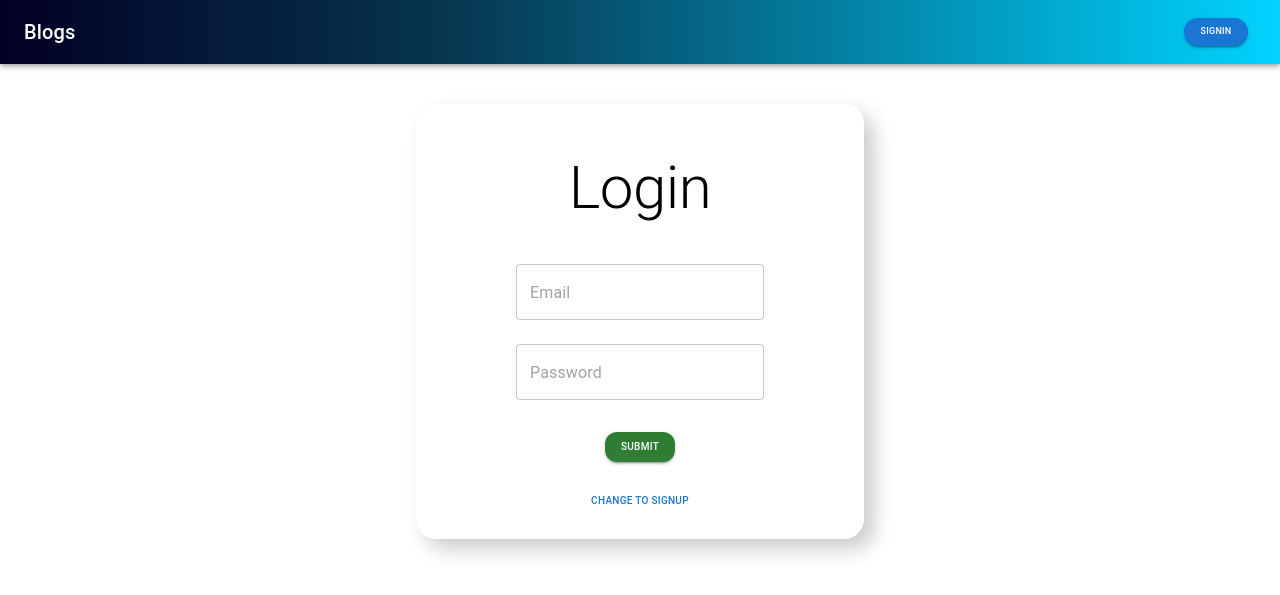
Repository: LolaSL/myBlogs
Page: /auth (app in frontend/)
An editor plug-in stored every save of this project. The page is shown before and after the next save, followed by the edit.
The browser window is 1280 px wide. The pictures show the whole page.
The project was rebuilt for these pictures with package versions that can differ from the ones it lists, and the page was loaded fresh each time. Also part of the build but not shown: frontend/src/components/Blog.jsx, frontend/src/components/Blogs.jsx, frontend/src/components/UserBlog.jsx, frontend/src/components/BlogDetails.jsx, frontend/src/components/AddBlog.jsx, frontend/src/pages/HotelTips.jsx, frontend/src/pages/TouristTips.jsx, frontend/src/pages/Journey.jsx and 7 more. Imported but missing from the stored project, and not drawn on this page: frontend/src/components/videos/video.webm.

Above is the page before, as saved 2024-04-11 15:30:03.

### frontend/public/index.html
<!DOCTYPE html>
<html lang="en">
  <head>
    <meta charset="utf-8" />
    <link rel="icon" href="%PUBLIC_URL%/favicon.ico" />
    <meta name="viewport" content="width=device-width, initial-scale=1" />
    <meta name="theme-color" content="#000000" />
    <meta
      name="description"
      content="Web site created using create-react-app"
    />
    <link rel="apple-touch-icon" href="%PUBLIC_URL%/logo192.png" />
    <!--
      manifest.json provides metadata used when your web app is installed on a
      user's mobile device or desktop. See https://developers.google.com/web/fundamentals/web-app-manifest/
    -->
    <link rel="manifest" href="%PUBLIC_URL%/manifest.json" />
    <!--
      Notice the use of %PUBLIC_URL% in the tags above.
      It will be replaced with the URL of the `public` folder during the build.
      Only files inside the `public` folder can be referenced from the HTML.

      Unlike "/favicon.ico" or "favicon.ico", "%PUBLIC_URL%/favicon.ico" will
      work correctly both with client-side routing and a non-root public URL.
      Learn how to configure a non-root public URL by running `npm run build`.
    -->
    <link href="https://fonts.googleapis.com/css2?family=Montserrat&display=swap" rel="stylesheet">
    <title>React App</title>
  </head>
  <body>
    <noscript>You need to enable JavaScript to run this app.</noscript>
    <div id="root"></div>
    <!--
      This HTML file is a template.
      If you open it directly in the browser, you will see an empty page.

      You can add webfonts, meta tags, or analytics to this file.
      The build step will place the bundled scripts into the <body> tag.

      To begin the development, run `npm start` or `yarn start`.
      To create a production bundle, use `npm run build` or `yarn build`.
    -->
  </body>
</html>

### frontend/src/index.js
import React from 'react';
import ReactDOM from 'react-dom/client';
import './index.css';
import App from './App';
import reportWebVitals from './reportWebVitals';
import { BrowserRouter } from 'react-router-dom';
import { Provider } from 'react-redux';
import { store } from './store'
import 'react-toastify/dist/ReactToastify.css'



const root = ReactDOM.createRoot(document.getElementById('root'));
root.render(
  <React.StrictMode>
    <BrowserRouter>
      <Provider store={store}>
        <App />
      </Provider>
      </BrowserRouter>
  </React.StrictMode>
);

// If you want to start measuring performance in your app, pass a function
// to log results (for example: reportWebVitals(console.log))
// or send to an analytics endpoint. Learn more: https://bit.ly/CRA-vitals
reportWebVitals();

### frontend/src/index.css

* {
  margin: 0;
}
.pagination {
  display: flex;
  justify-content: center;
  list-style: none;
  padding: 0;
  margin: 10px;
}

.page-item {
  margin: 0 5px;
}

.page-link {
  display: inline-block;
  padding: 5px 10px;
  background-color: #007bff;
  color: #fff;
  border: 1px solid #007bff;
  border-radius: 5px;
  text-decoration: none;
  cursor: pointer;
}

.page-link:hover {
  background-color: #0056b3;
  color: #fff;
}

### frontend/src/App.js
import React, { useEffect } from 'react';
import Header from './components/Header';
import { Route, Routes } from 'react-router-dom';
import Auth from './components/Auth.jsx';
import Blogs from './components/Blogs.jsx';
import UserBlogs from './components/UserBlog.jsx';
import BlogDetails from './components/BlogDetails.jsx';
import AddBlog from './components/AddBlog.jsx';
import { useDispatch, useSelector } from 'react-redux';
import { authActions } from './store';
import HotelTips from './pages/HotelTips.jsx';
import TouristTips from './pages/TouristTips.jsx';
import Journey from './pages/Journey.jsx';
import CompliteGuide from './pages/CompliteGuide.jsx';
import BestTimeToVisit from './pages/BestTime.jsx';
import WheatherAndClimate from './pages/WeatherAndClimate.jsx';
import ReasonToVisitIsrael from './pages/ReasonTovisitIstael.jsx';
import Airport from './pages/Airport.jsx'
import FashionStyle from './pages/FashionStyle.jsx';
import { ToastContainer } from 'react-toastify';
import HealthRecipes from './pages/HealthRecipes.jsx'



function App() {
  const dispatch = useDispatch();
  const isLoggedIn = useSelector(state => state.isLoggedIn);
  console.log(isLoggedIn)
  useEffect(() => {

    if (localStorage.getItem("userId"))
      dispatch(authActions.login())
  }, [dispatch])

  return (
    <React.Fragment>
      <header>
        <Header />
      </header>
      <main>
        <Routes>

          <Route path="/health-dinner-recipes" element={<HealthRecipes />} />
          <Route path="/fashion-style" element={<FashionStyle />} />
          <Route path="/airport" element={<Airport />} />
          <Route path="/reasons-to-visit-israel" element={<ReasonToVisitIsrael />} />
          <Route path="/wheather-and-climate" element={<WheatherAndClimate />} />
          <Route path="/best-time-to-visit" element={<BestTimeToVisit />} />
          <Route path="/slide" element={<CompliteGuide />} />
          <Route path="/journey" element={<Journey />} />
          <Route path="/tips" element={<TouristTips />} />
          <Route path="/hotel-tips" element={<HotelTips />} />
          {!isLoggedIn ? <Route path="/auth" element={<Auth />} /> :
            <>
              <Route path="/blogs" element={<Blogs />} />
              <Route path="/blogs/add" element={<AddBlog />} />
              <Route path="/myBlogs" element={<UserBlogs />} />
              <Route path="/myBlogs/:id" element={<BlogDetails />} />
            </>
          }

        </Routes>
        <ToastContainer position="bottom-center" limit={1} autoClose={3000} />
      </main>

    </React.Fragment>
  );
}

export default App;

### frontend/src/store/index.js
import { configureStore, createSlice } from '@reduxjs/toolkit';

const authSlice = createSlice({
    name: 'auth',
    initialState: { isLoggedIn: false },
    reducers: {
        login(state) {
            state.isLoggedIn = true;
        },
        logout(state) {
            localStorage.removeItem("userId")
            state.isLoggedIn = false;
        }
    }
});
export const authActions = authSlice.actions
export const store = configureStore({
    reducer: authSlice.reducer
})

### frontend/src/components/Header.jsx
import React, { useState } from "react";
import {
  AppBar,
  Toolbar,
  Typography,
  Box,
  Button,
  Tabs,
  Tab,
  useMediaQuery,
  useTheme,
  Drawer,
  List,
  ListItem,
  ListItemText,
} from "@mui/material";
import { Link } from "react-router-dom";
import { useSelector, useDispatch } from "react-redux";
import { authActions } from "../store";
import useStyles from "./utils";
import Guide from "./Guide";
import Ideas from "./Ideas";
import { toast } from "react-toastify";
import "react-toastify/dist/ReactToastify.css";

const Header = () => {
  const classes = useStyles();
  const dispatch = useDispatch();
  const isLoggedIn = useSelector((state) => state.isLoggedIn);
  const [value, setValue] = useState(0);
  const [menuOpen, setMenuOpen] = useState(false);

  const theme = useTheme();

  const isSmallScreen = useMediaQuery(theme.breakpoints.down("sm"));

  const toggleMenu = () => {
    setMenuOpen(!menuOpen);
  };

  const handleLogout = () => {
    dispatch(authActions.logout());
    toast.success("Logged out successfully!");
  };

  return (
    <AppBar
      position="sticky"
      sx={{
        background:
          "linear-gradient(90deg, rgba(2,0,36,1) 0%, rgba(7,54,80,1) 35%, rgba(0,212,255,1) 100%)",
        top: 0,
      }}
    >
      <Toolbar>
        <Typography className={classes.font} variant="h6">
          Blogs
        </Typography>
        {!isLoggedIn && (
          <Box
            fontSize="9px"
            position="right"
            marginLeft={"auto"}
            marginRight={"4"}
          >
            <Button
              display="flex"
              className={classes.font}
              LinkComponent={Link}
              to="/auth"
              variant="contained"
              sx={{ margin: 1, borderRadius: 10, fontSize: "9px" }}
              color="primary"
            >
              SignIn
            </Button>
          </Box>
        )}
        {isLoggedIn && (
          <>
            <Box
              fontSize="9px"
              display="flex"
              marginLeft={"auto"}
              marginRight={"auto"}
            >
              {isSmallScreen ? (
                <>
                  <Ideas />
                  <Guide />
                  <Button
                    className={classes.font}
                    onClick={toggleMenu}
                    variant="text"
                    sx={{ margin: 1, borderRadius: 10, fontSize: "9px", color: "white" }}
                  >
                    Menu
                  </Button>
                </>
              ) : (
                <Tabs
                  sx={{ fontSize: "9px" }}
                  textColor="inherit"
                  value={value}
                  onChange={(e, val) => setValue(val)}
                >
                  <Tab
                    sx={{ fontSize: "9px" }}
                    className={classes.font}
                    LinkComponent={Link}
                    to="/blogs"
                    label="Blogs"
                  />
                  <Tab
                    sx={{ fontSize: "9px" }}
                    className={classes.font}
                    LinkComponent={Link}
                    to="/myBlogs"
                    label="My Blogs"
                  />
                  <Tab
                    sx={{ fontSize: "9px" }}
                    className={classes.font}
                    LinkComponent={Link}
                    to="/blogs/add"
                    label="Add Blog"
                  />
                </Tabs>
              )}
            </Box>

            {isSmallScreen && (
              <Drawer anchor="right" open={menuOpen} onClose={toggleMenu}>
                <List>
                  <ListItem component={Link} to="/blogs">
                    <ListItemText primary="Blogs" />
                  </ListItem>
                  <ListItem component={Link} to="/myBlogs">
                    <ListItemText primary="My Blogs" />
                  </ListItem>
                  <ListItem component={Link} to="/blogs/add">
                    <ListItemText primary="Add Blog" />
                  </ListItem>
                  <ListItem onClick={toggleMenu}>
                    <ListItemText primary="Close" />
                  </ListItem>
                </List>
              </Drawer>
            )}

            {!isSmallScreen && (
              <>
                <Ideas /> <Guide />
              </>
            )}
            <Button
              className={classes.font}
              onClick={handleLogout}
              LinkComponent={Link}
              to="/auth"
              variant="contained"
              sx={{ margin: 1, borderRadius: 10, fontSize: "9px" }}
              color="primary"
            >
              LogOut
            </Button>
          </>
        )}
     </Toolbar>
    </AppBar>
  );
 };

export default Header;

### frontend/src/components/Auth.jsx
import React, { useState } from "react";
import { Box, Button, TextField, Typography } from "@mui/material";
import axios from "axios";
import { authActions } from '../store';
import { useDispatch } from 'react-redux';
import { useNavigate } from "react-router-dom";
import useStyles from "./utils";
import { toast } from 'react-toastify';
import { getError } from '../errors.js';


const Auth = () => {
  const classes = useStyles();
  const navigate = useNavigate();
  const dispatch = useDispatch();
  const [inputs, setInputs] = useState({
    name: "",
    email: "",
    password: "",
  });

  const [isSignUp, setIsSignUp] = useState(false);

  const handleChange = (e) => {
    setInputs((prevState) => ({
      ...prevState,
      [e.target.name]: e.target.value,
    }));
  };

  const sendRequest = async (type = "login") => {
    try {
      const res = await axios.post(`http://localhost:5050/api/user/${type}`, {
        name: inputs.name,
        email: inputs.email,
        password: inputs.password,
      });

      const data = res.data;
      if (type === 'signup') {
        toast.success('Signup successful!');
      } else {
        toast.success('Login successful!');
      }
      localStorage.setItem('userId', data.user._id);
      dispatch(authActions.login());
      navigate("/blogs");
    } catch (error) {
      toast.error(getError(error));
    }
  };

  const handleSubmit = (e) => {
    e.preventDefault();
    if (isSignUp) {
      sendRequest("signup");
    } else {
      sendRequest();
    }
  };

  return (
    <div>
      <form onSubmit={handleSubmit}>
        <Box
          maxWidth={400}
          display="flex"
          flexDirection={"column"}
          alignItems="center"
          justifyContent={"center"}
          boxShadow="10px 10px 20px #ccc"
          padding={3}
          margin="auto"
          marginTop={5}
          borderRadius={5}
        >
          <Typography className={classes.font} variant="h2" padding={3} textAlign="center">
            {isSignUp ? "Signup" : "Login"}
          </Typography>
          {isSignUp && (
            <TextField
              className={classes.font}
              name="name"
              onChange={handleChange}
              margin="normal"
              value={inputs.name}
              placeholder="Name"
            />
          )}
          <TextField
            className={classes.font}
            name="email"
            onChange={handleChange}
            margin="normal"
            value={inputs.email}
            placeholder="Email"
            type={"email"}
          />
          <TextField
            className={classes.font}
            name="password"
            onChange={handleChange}
            margin="normal"
            value={inputs.password}
            placeholder="Password"
            type={"password"}
          />
          <Button
            className={classes.font}
            type="submit"
            variant="contained"
            sx={{ borderRadius: 3, marginTop: 3, fontSize: "10px" }}
            color="success"
          >
            Submit
          </Button>
          <Button
            className={classes.font}
            sx={{ borderRadius: 3, marginTop: 3, fontSize: "10px" }}
            color="primary"
            onClick={(e) => setIsSignUp(!isSignUp)}
          >
            Change to {isSignUp ? "Login" : "Signup"}
          </Button>
        </Box>
      </form>
      {/* <ToastContainer/> */}
    </div>
  );
};

export default Auth;

### frontend/src/components/utils.js
import { styled, useTheme } from '@mui/system';

const useStyles = () => {
  const theme = useTheme();

  return styled({
    typography: {
      fontFamily: ['"Montserrat"', 'Open Sans'].join(',')
    },
    container: {
      paddingTop: theme.spacing(4),
      paddingBottom: theme.spacing(4),
    },
    heading: {
      fontSize: "2rem",
      fontWeight: "lighter",
      textAlign: "center",
      marginTop: theme.spacing(4),
      marginBottom: theme.spacing(4),
      padding: theme.spacing(2),
    },
    section: {
      marginTop: theme.spacing(4),
      marginBottom: theme.spacing(4),
      padding: theme.spacing(2),
    },
    article: {
      fontWeight: "lighter",
      textAlign: "justify",
    },
  });
};
export default useStyles;

### frontend/src/components/Guide.jsx
import React, { useState } from "react";
import useStyles from "./utils";
import { Menu, MenuItem, Button } from "@mui/material";
import { Link } from "react-router-dom";

const Guide = () => {
  const classes = useStyles();
  const [isMenuOpen, setIsMenuOpen] = useState(false);
  const [anchorEl, setAnchorEl] = useState(null);

  const toggleMenu = () => {
    setIsMenuOpen(!isMenuOpen);
    setAnchorEl(null);
  };

  const openMenu = (event) => {
    setAnchorEl(event.currentTarget);
  };

  return (
    <div>
      <Button
        color="info"
        className={classes.font}
        onClick={openMenu}
        sx={{
          color: "white",
          fontWeight: "bold",
          fontSize: "9px",
          margin: 1,
          borderRadius: 6,
          display: "flex",
          justifyContent: "flex",

        }}

      >
       Israel Guide
      </Button>
      <Menu
        anchorEl={anchorEl}
        open={Boolean(anchorEl)}
        onClose={() => setAnchorEl(null)}
        anchorOrigin={{
          vertical: "bottom",
          horizontal: "right",
        }}
        transformOrigin={{
          vertical: "top",
          horizontal: "right",
        }}
      >
        {" "}
        <MenuItem
          className={classes.font}
          onClick={toggleMenu}
          component={Link}
          to="/slide"
        >
          Top destinations
        </MenuItem>
        <MenuItem
          className={classes.font}
          onClick={toggleMenu}
          component={Link}
          to="/best-time-to-visit"
        >
          The best time to visit
        </MenuItem>
        <MenuItem
          className={classes.font}
          onClick={toggleMenu}
          component={Link}
          to="/wheather-and-climate"
        >
          Wheather & Climate
        </MenuItem>
        <MenuItem
          className={classes.font}
          onClick={toggleMenu}
          component={Link}
          to="/reasons-to-visit-israel"
        >
          Reasons to visit Israel
        </MenuItem>
        <MenuItem
          className={classes.font}
          onClick={toggleMenu}
          component={Link}
          to="/airport"
        >
          Ben Gurion Aeroport
        </MenuItem>
      </Menu>
    </div>
  );
};

export default Guide;

### frontend/src/components/Ideas.jsx
import React, { useState } from "react";
import useStyles from "./utils";
import { Menu, MenuItem, Button } from "@mui/material";
import { Link } from "react-router-dom";

const Ideas = () => {
  const classes = useStyles();
  const [isMenuOpen, setIsMenuOpen] = useState(false);
  const [anchorEl, setAnchorEl] = useState(null);

  const toggleMenu = () => {
    setIsMenuOpen(!isMenuOpen);
    setAnchorEl(null);
  };

  const openMenu = (event) => {
    setAnchorEl(event.currentTarget);
  };

  return (
    <div>
      <Button
        className={classes.font}
        onClick={openMenu}
        sx={{
          color: "white",
          fontWeight: "bold",
          fontSize: "9px",
          margin: 1,
          borderRadius: 6,
          display: "flex",
          justifyContent: "flex",
        }}
      >
        Ideas
      </Button>
      <Menu
        anchorEl={anchorEl}
        open={Boolean(anchorEl)}
        onClose={() => setAnchorEl(null)}
        anchorOrigin={{
          vertical: "bottom",
          horizontal: "right",
        }}
        transformOrigin={{
          vertical: "top",
          horizontal: "right",
        }}
      >
        <MenuItem
          className={classes.font}
          onClick={toggleMenu}
          component={Link}
          to="/journey"
        >
          Find your next trip and destination
        </MenuItem>
        <MenuItem
          className={classes.font}
          onClick={toggleMenu}
          component={Link}
          to="/tips"
        >
          The best tourist tips
        </MenuItem>
        <MenuItem
          className={classes.font}
          onClick={toggleMenu}
          component={Link}
          to="/hotel-tips"
        >
          Tips to find a hotel
        </MenuItem>
        <MenuItem
          className={classes.font}
          onClick={toggleMenu}
          component={Link}
          to="/fashion-style"
        >
          Fashion and Style
        </MenuItem>
        <MenuItem
          className={classes.font}
          onClick={toggleMenu}
          component={Link}
          to="/health-dinner-recipes"
        >
          A few recipes for healthier dinner
        </MenuItem>
      </Menu>
    </div>
  );
};

export default Ideas;

Loaded but not shown: frontend/src/reportWebVitals.js (common file); frontend/src/errors.js (common file)

After the next save:
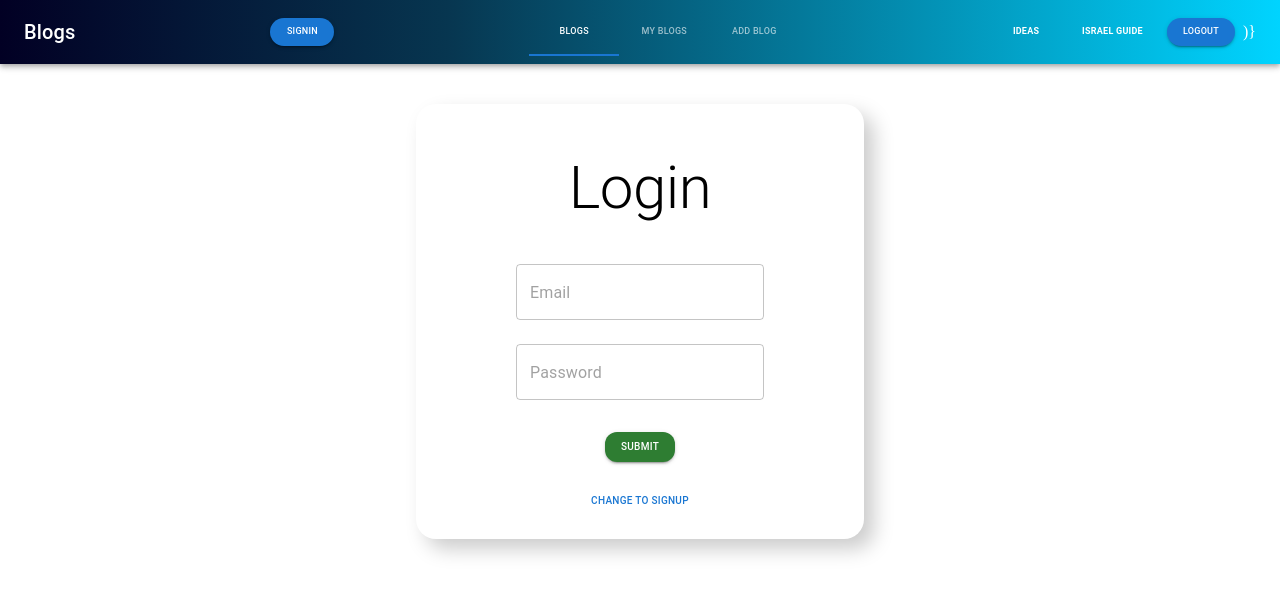
Saved 50 s later.
--- a/frontend/src/components/Header.jsx
+++ b/frontend/src/components/Header.jsx
@@ -76,7 +76,7 @@ const Header = () => {
             </Button>
           </Box>
         )}
-        {isLoggedIn && (
+
           <>
             <Box
               fontSize="9px"
